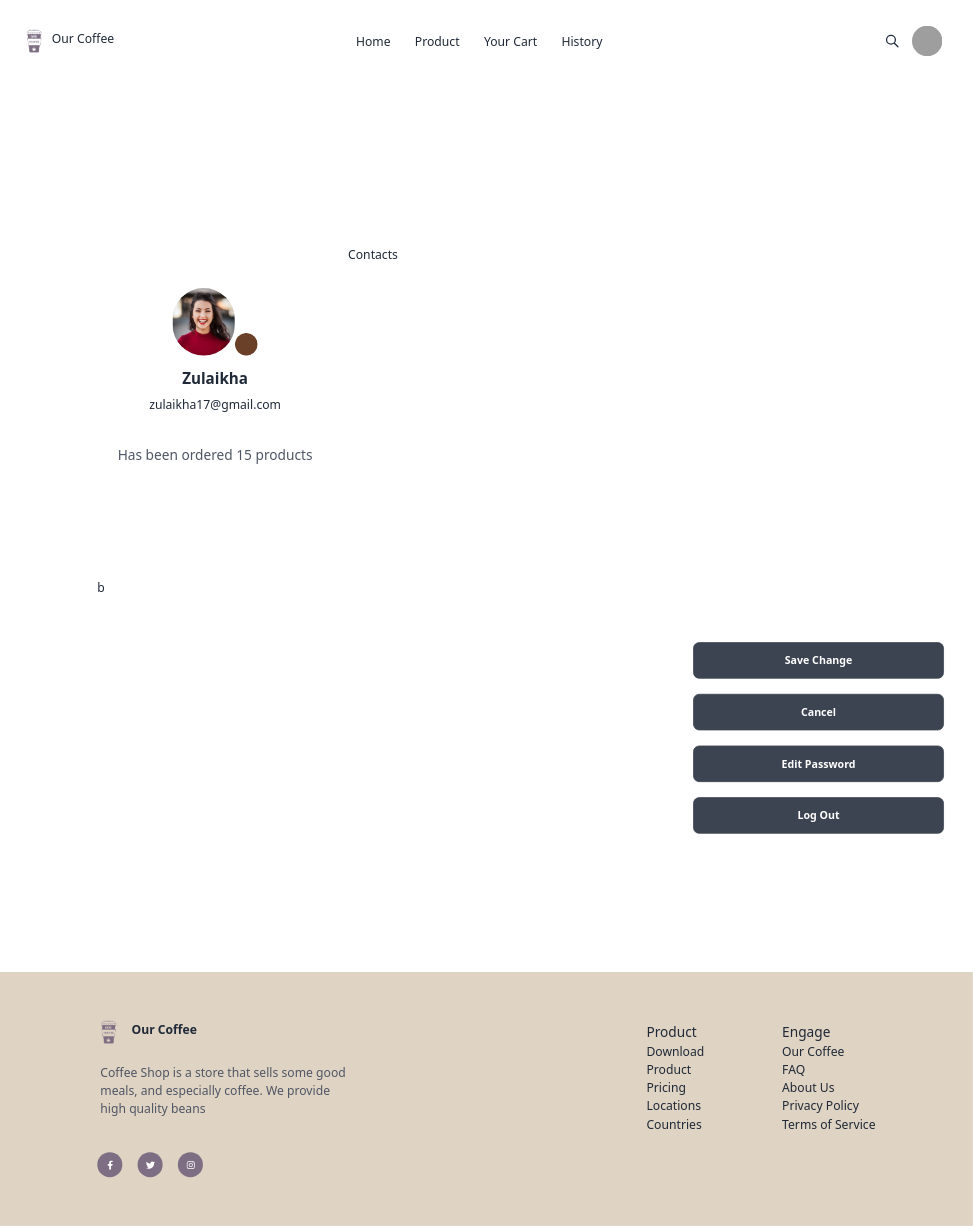
Repository: boykebn/fw12-collab2-FRONTEND
Page: /profile (app in our/)
The author's editor kept a copy of each file at every save. The page is drawn from the files as they stood at one save, then again after the next save.
The browser window is 1280 px wide. The pictures show the whole page, at 76% of full size.
Pictures or frames that could not be fetched are drawn as grey boxes. The project was rebuilt for these pictures with package versions that can differ from the ones it lists, and the page was loaded fresh each time. The framework's server and built-in components were replaced by stand-ins that run in the browser. Also part of the build but not shown: our/next.config.js.

Above is the page before, as saved 2023-01-02 17:21:14.

After the next save:
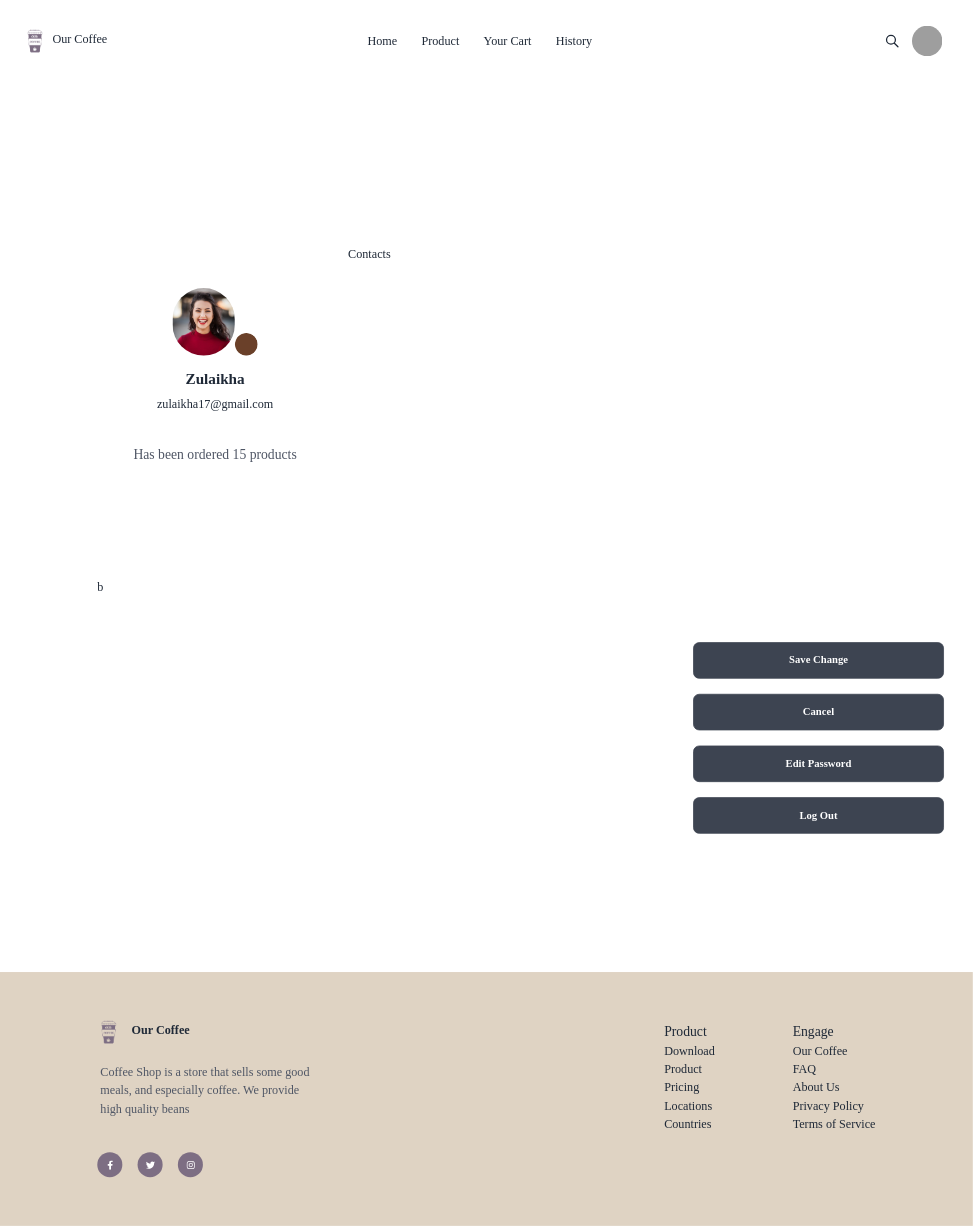
Saved 39 s later.
--- a/our/pages/profile.js
+++ b/our/pages/profile.js
@@ -4,7 +4,7 @@
 
 const Profile = () => {
   return (
-    <div className="max-w-full max-h-full">
+    <div className="max-w-full max-h-full font-poppins">
       <Navbar />
 
       <div className="bg-profile_bg bg-no-repeat bg-cover pb-[100px]">

After the save that followed:
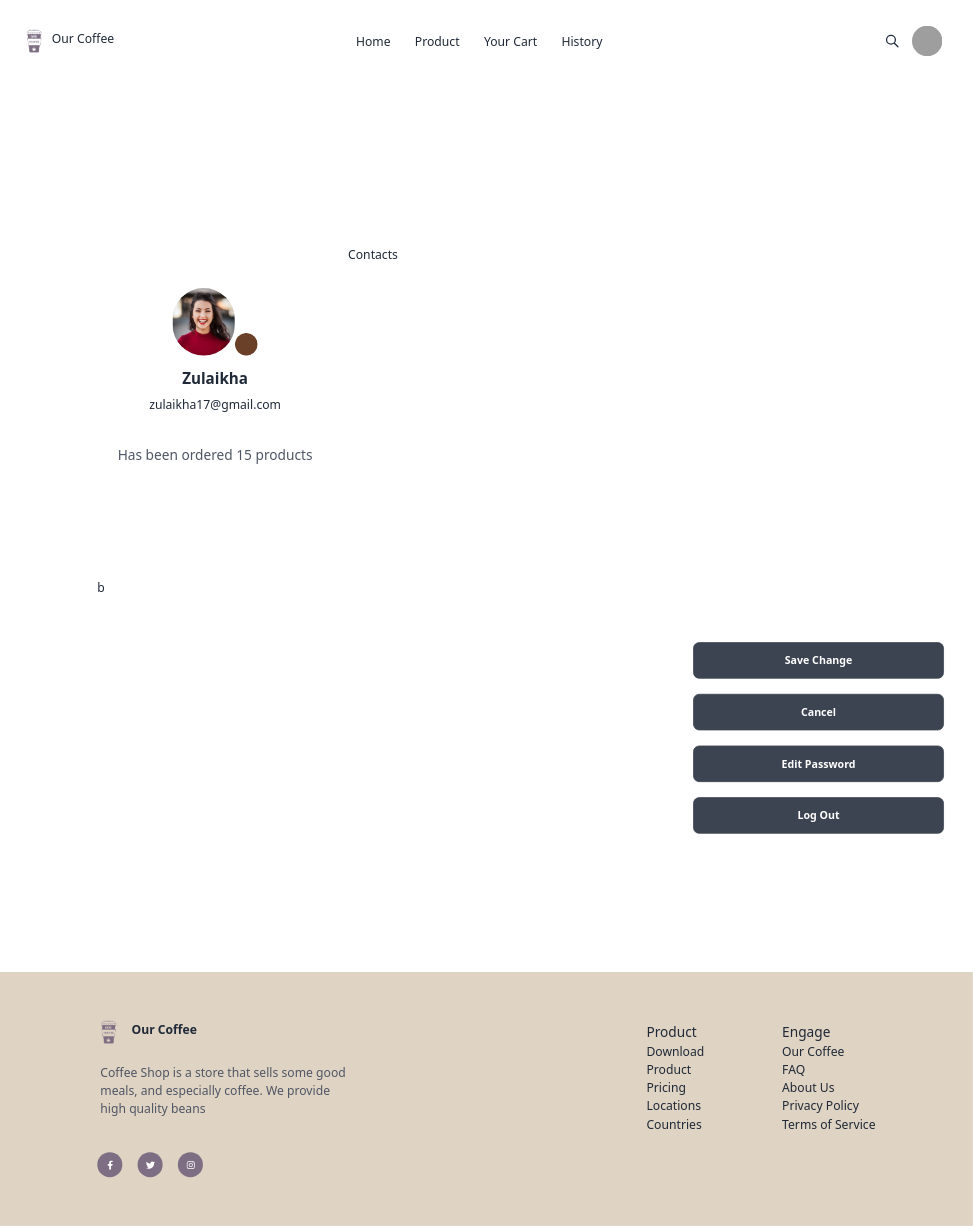
Saved 14 s later.
--- a/our/pages/profile.js
+++ b/our/pages/profile.js
@@ -4,7 +4,7 @@
 
 const Profile = () => {
   return (
-    <div className="max-w-full max-h-full font-poppins">
+    <div className="max-w-full max-h-full ">
       <Navbar />
 
       <div className="bg-profile_bg bg-no-repeat bg-cover pb-[100px]">
